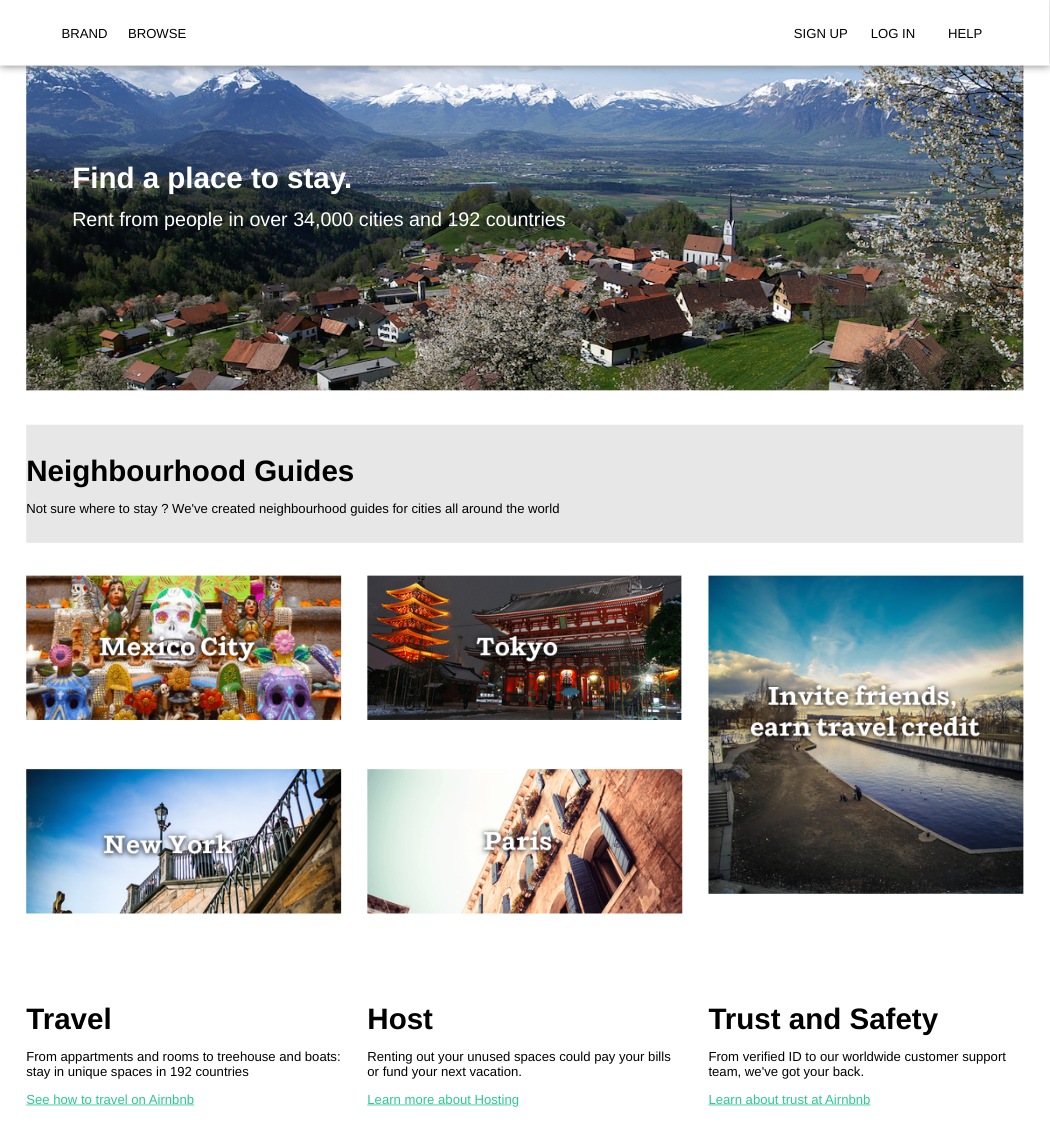
Repository: Naohonproject/web101x02-asm3
Page: Project3.html
An editor plug-in stored every save of this project. The page is shown before and after the next save, followed by the edit.
The browser window is 1280 px wide. The pictures show the whole page, at 82% of full size.

Above is the page before, as saved 2022-01-22 16:14:55.

### Project3.html
<!-- @format -->

<!DOCTYPE html>
<html lang="en">
	<head>
		<meta charset="UTF-8" />
		<meta http-equiv="X-UA-Compatible" content="IE=edge" />
		<meta name="viewport" content="width=device-width, initial-scale=1.0" />
		<link rel="stylesheet" href="./assets/css/style.css" />

		<link rel="stylesheet" href="./assets/css/layout.css" />
		<link rel="stylesheet" href="./assets/css/responsive.css" />
		<title>Home</title>
	</head>
	<body id="web-container">
		<header id="header">
			<div class="header-wrapper">
				<div class="nav-bar">
					<div class="left-col">
						<div class="nav-item ml">
							<a href="#">Brand</a>
						</div>

						<div class="nav-item ml">
							<a href="#">Browse</a>
						</div>
					</div>

					<div class="right-col">
						<div class="nav-item ml">
							<a href="Signup.html" target="_blank">Sign Up</a>
						</div>

						<div class="nav-item ml">
							<a href="login.html" target="_blank">Log In</a>
						</div>

						<div class="nav-item ml mr">
							<a href="#" target="_blank">Help</a>
						</div>
					</div>
				</div>
			</div>
		</header>

		<div id="main" class="p-32">
			<div id="banner">
				<div class="banner-wrapper">
					<div class="content-heading">
						<h1 class="bold-text white-text">Find a place to stay.</h1>
					</div>
					<div class="content-desc">
						<p class="white-text">
							Rent from people in over 34,000 cities and 192 countries
						</p>
					</div>
				</div>
			</div>

			<div id="section">
				<div class="section-wrapper">
					<div class="section-heading">
						<h2 class="bold-text">Neighbourhood Guides</h2>
					</div>
					<div class="section-desc">
						<p>
							Not sure where to stay ? We've created neighbourhood guides for
							cities all around the world
						</p>
					</div>
				</div>
			</div>

			<div id="img-list">
				<div class="img-list-wrapper row">
					<div class="image-block col-tablet-6 col-desktop-4">
						<img
							class="first-img"
							src="./assets/img/web101x-Mexico City.png"
							alt="Mexico City"
							width="360"
						/>
						<img
							src="./assets/img/web101x-New York.png"
							alt="New York City"
							width="360"
						/>
					</div>
					<div class="image-block col-tablet-6 col-desktop-4">
						<img
							class="first-img"
							src="./assets/img/web101x-Tokyo.png"
							alt="Tokyo City"
							width="360"
						/>
						<img
							src="./assets/img/web101x-Paris.png"
							alt="Paris City"
							width="360"
						/>
					</div>
					<div class="image-block col-tablet-6 col-desktop-4">
						<img
							src="./assets/img/web101x-Invitation.png"
							alt="Invitation image"
							width="360"
						/>
					</div>
				</div>
				<div class="clear"></div>
			</div>
		</div>

		<footer id="footer" class="p-32">
			<div class="footer-wrapper row">
				<div class="footer-block col-desktop-4">
					<h3 class="bold-text">Travel</h3>
					<p>
						From appartments and rooms to treehouse and boats: stay in unique
						spaces in 192 countries
					</p>
					<a href="#">See how to travel on Airnbnb</a>
				</div>

				<div class="footer-block col-desktop-4">
					<h3 class="bold-text">Host</h3>
					<p>
						Renting out your unused spaces could pay your bills or fund your
						next vacation.
					</p>
					<a href="#">Learn more about Hosting</a>
				</div>

				<div class="footer-block col-desktop-4">
					<h3 class="bold-text">Trust and Safety</h3>
					<p>
						From verified ID to our worldwide customer support team, we've got
						your back.
					</p>
					<a href="#">Learn about trust at Airnbnb</a>
				</div>
				<div class="clear"></div>
			</div>
		</footer>
	</body>
</html>

### assets/css/style.css
/**
 * /* ======reset css======
 *
 * @format
 */

*,
::before,
::after {
	padding: 0;
	margin: 0;
	box-sizing: border-box;
	list-style-type: none;
	text-decoration: none;
	color: #000;
}

html {
	font-family: "Helvetica Neue", Helvetica, Arial;
}

.header-wrapper {
	font-size: 16px;
}

.nav-bar a {
	color: #fff;
	text-transform: uppercase;
}

### assets/css/layout.css
/** @format */

.ml {
	margin-left: 10px;
}

.mr {
	margin-right: 10px;
}

.row {
	display: flex;
	flex-direction: row;
	flex-wrap: wrap;
}

.bold-text {
	font-size: 36px;
	font-weight: bold;
}

.row > * {
	width: 100%;
	max-width: 100%;
	flex-shrink: 0;
}

.col-1 {
	width: 8.33%;
}
.col-2 {
	width: 16.66%;
}
.col-3 {
	width: 25%;
}
.col-4 {
	width: 33.33%;
}
.col-5 {
	width: 41.66%;
}
.col-6 {
	width: 50%;
}
.col-7 {
	width: 58.33%;
}
.col-8 {
	width: 66.66%;
}
.col-9 {
	width: 75%;
}
.col-10 {
	width: 83.33%;
}
.col-11 {
	width: 91.66%;
}
.col-12 {
	width: 100%;
}

#header {
	width: 100%;
	height: 80px;
	background-color: #60646d;
	background-clip: border-box;
	position: fixed;
	left: 0;
	top: 0;
	z-index: 1;
}

.nav-bar {
	display: flex;
	flex-direction: row;
	flex-wrap: no-wrap;
	align-items: center;
	justify-content: space-evenly;
	padding: 0 20px;
}

.nav-item {
	width: 70px;
	height: 80px;
	padding: 32px 0;
	text-align: center;
}

.left-col {
	display: flex;
	flex: 2;
	flex-direction: row;
	justify-content: space-around;
	align-items: center;
}

.right-col {
	display: flex;
	flex: 3;
	flex-direction: row;
	justify-content: space-around;
	align-items: center;
}

#main {
	margin-top: 80px;
}

#main,
#footer {
	padding: 32px;
}

#banner {
	width: 100%;
	background-color: #fff;
	color: #000;
	position: relative;
	top: 0;
	left: 0;
}

div[class*="-heading"] {
	padding-top: 36px;
}

div[class*="-desc"] {
	margin-top: 16px;
}

#section {
	margin-top: 42px;
}

#img-list {
	width: 100%;
}

.img-list-wrapper {
	padding: 24px 0;
	margin: 0 auto;
}

#img-list img {
	width: 100%;
	margin-top: 56px;
}

.footer-block {
	padding: 24px 0;
}

.footer-block > * {
	padding: 16px 0;
}

#footer a {
	color: #2cc990;
	text-decoration: underline;
}

### assets/css/responsive.css

/* ========responsive for tablet============== */

@media screen and (min-width: 768px) {
	#header {
		background-color: #60646d;
	}

	.nav-bar {
		padding: 0 28px;
	}

	.left-col {
		justify-content: flex-start;
	}

	.right-col {
		justify-content: flex-end;
	}

	.ml {
		margin-left: 14px;
	}

	.mr {
		margin-right: 14px;
	}

	.img-list-wrapper {
		margin: 0 -24px;
	}

	.col-tablet-1 {
		width: 8.33%;
	}
	.col-tablet-2 {
		width: 16.66%;
	}
	.col-tablet-3 {
		width: 25%;
	}
	.col-tablet-4 {
		width: 33.33%;
	}
	.col-tablet-5 {
		width: 41.66%;
	}
	.col-tablet-6 {
		width: 50%;
		padding: 0 24px;
	}
	.col-tablet-7 {
		width: 58.33%;
	}
	.col-tablet-8 {
		width: 66.66%;
	}
	.col-tablet-9 {
		width: 75%;
	}
	.col-tablet-10 {
		width: 83.33%;
	}
	.col-tablet-11 {
		width: 91.66%;
	}
	.col-tablet-12 {
		width: 100%;
	}

	#footer p {
		padding-top: 0;
	}

	#main {
		padding-bottom: 0;
	}

	#footer {
		padding-top: 0;
	}

	.footer-block {
		margin-top: 32px;
	}

	#banner {
		border-bottom: 1px solid #d4d4d4;
	}

	div[class*="-desc"] {
		padding-bottom: 32px;
	}

	#img-list {
		margin-top: -56px;
	}
}

/* ========responsive for desktop */

@media screen and (min-width: 992px) {
	#header {
		background-color: #fff;
		box-shadow: 0 0 10px gray;
	}

	.nav-bar {
		padding: 0 50px;
	}

	.left-col {
		justify-content: flex-start;
	}

	.right-col {
		justify-content: flex-end;
	}

	.ml {
		margin-left: 18px;
	}

	.mr {
		margin-right: 18px;
	}

	.nav-bar a {
		color: #000;
	}
	.row {
		margin: 0 -16px;
	}

	.col-desktop-1 {
		width: 8.33%;
	}
	.col-desktop-2 {
		width: 16.66%;
	}
	.col-desktop-3 {
		width: 25%;
	}
	.col-desktop-4 {
		width: 33.33%;
		padding: 16px;
	}
	.col-desktop-5 {
		width: 41.66%;
	}
	.col-desktop-6 {
		width: 50%;
	}
	.col-desktop-7 {
		width: 58.33%;
	}
	.col-desktop-8 {
		width: 66.66%;
	}
	.col-desktop-9 {
		width: 75%;
	}
	.col-desktop-10 {
		width: 83.33%;
	}
	.col-desktop-11 {
		width: 91.66%;
	}
	.col-desktop-12 {
		width: 100%;
	}

	#main {
		margin-top: -32px;
	}

	#banner {
		padding-top: 39.123607%;
		background: url(../img/banner/banner.png) top center / cover no-repeat;
		background-origin: border-box;
		border: none;
	}

	.banner-wrapper {
		position: absolute;
		top: 160px;
		left: 56px;
	}

	#banner .content-heading {
		font-size: 28px;
	}

	#banner .content-desc {
		font-size: 24px;
	}

	.white-text {
		color: #fff;
	}

#section {
	background-color: #e7e7e7;
	background-clip: border-box;
}

After the next save:
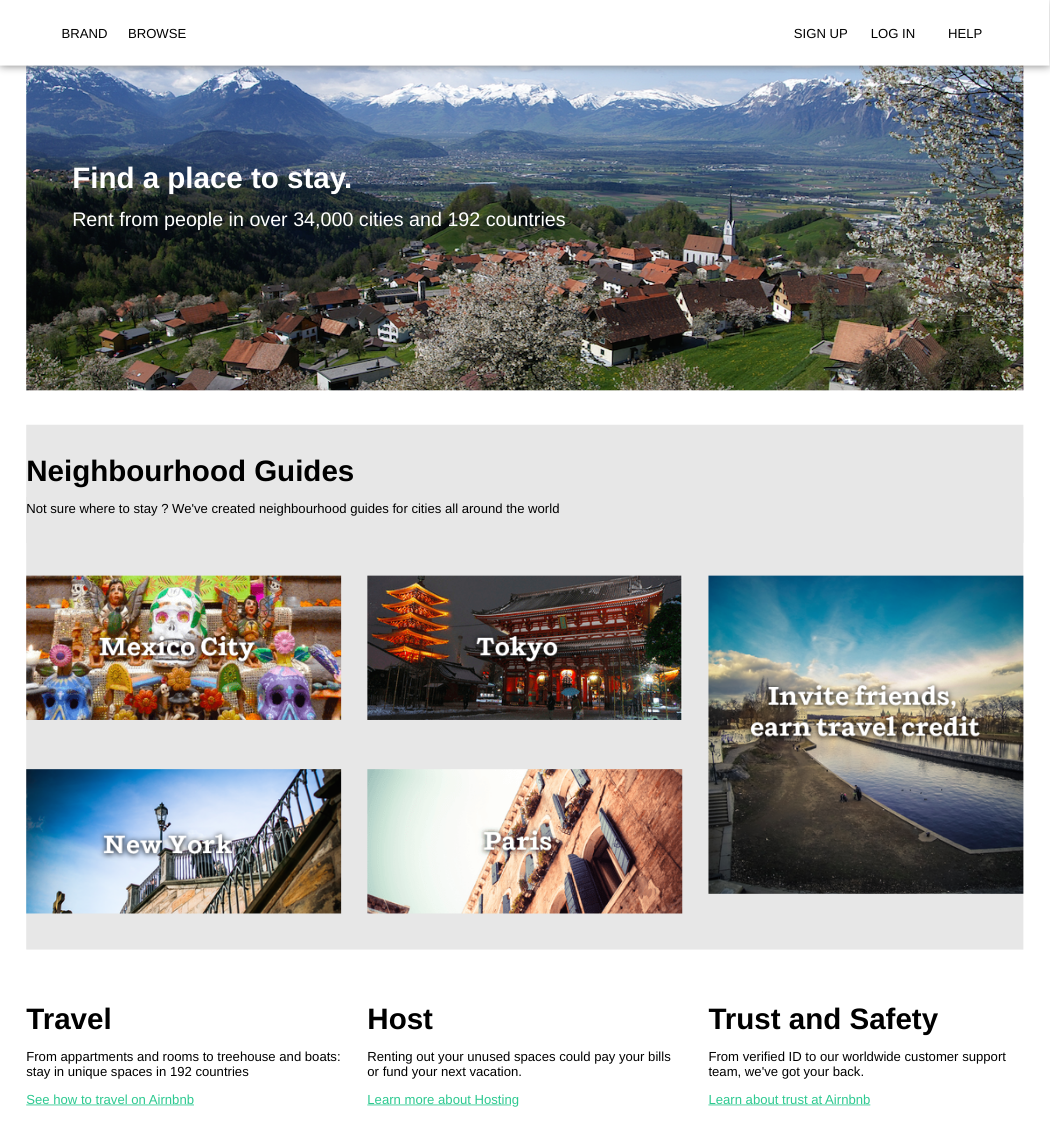
Saved 13 s later.
--- a/assets/css/responsive.css
+++ b/assets/css/responsive.css
@@ -199,7 +199,7 @@
 		color: #fff;
 	}
 
-#section {
+#section,#img-list {
 	background-color: #e7e7e7;
 	background-clip: border-box;
 }
